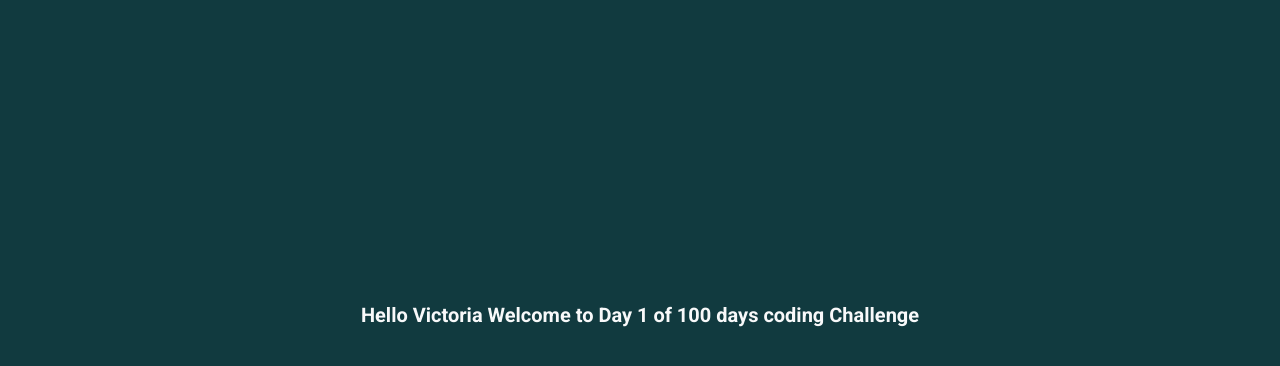
Repository: VickyJacob23/100DaysOfCoding
Page: day1/index.html
The author's editor kept a copy of each file at every save. The page is drawn from the files as they stood at one save, then again after the next save.
The browser window is 1280 px wide. The pictures show the whole page.

Above is the page before, as saved 2024-08-14 11:52:46.

### day1/index.html
<!DOCTYPE html>
<html lang="en">
  <head>
    <meta charset="UTF-8" />
    <meta name="viewport" content="width=device-width, initial-scale=1.0" />
    <link
      href="https://cdn.jsdelivr.net/npm/bootstrap@5.0.2/dist/css/bootstrap.min.css"
      rel="stylesheet"
      integrity="sha384-EVSTQN3/azprG1Anm3QDgpJLIm9Nao0Yz1ztcQTwFspd3yD65VohhpuuCOmLASjC"
      crossorigin="anonymous"
    />
    <link rel="stylesheet" href="style.css" />
    <title>Day 1</title>
  </head>
  <body class="fw-bold text-light fs-5">
    <script src="script.js"></script>
  </body>
</html>

### day1/style.css
@import url("https://fonts.googleapis.com/css2?family=Roboto:ital,wght@0,100;0,300;0,400;0,500;0,700;0,900;1,100;1,300;1,400;1,500;1,700;1,900&display=swap");

body {
  font-family: "Roboto", sans-serif;
  background-color: #113a3f;
  display: flex;
  justify-content: center;
  align-items: center;
  margin: auto;
  padding: 15em;
}

### day1/script.js
let firstCode = "Hello Victoria Welcome to Day 1 of 100 days coding Challenge";
document.write(firstCode);

After the next save:
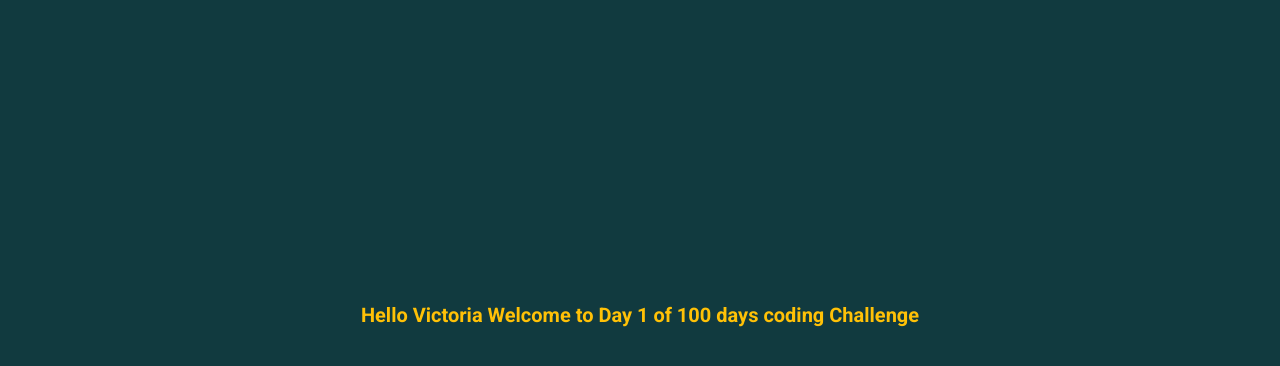
Saved 80 s later.
--- a/day1/index.html
+++ b/day1/index.html
@@ -12,7 +12,7 @@
     <link rel="stylesheet" href="style.css" />
     <title>Day 1</title>
   </head>
-  <body class="fw-bold text-light fs-5">
+  <body class="fw-bold text-warning fs-5">
     <script src="script.js"></script>
   </body>
 </html>
